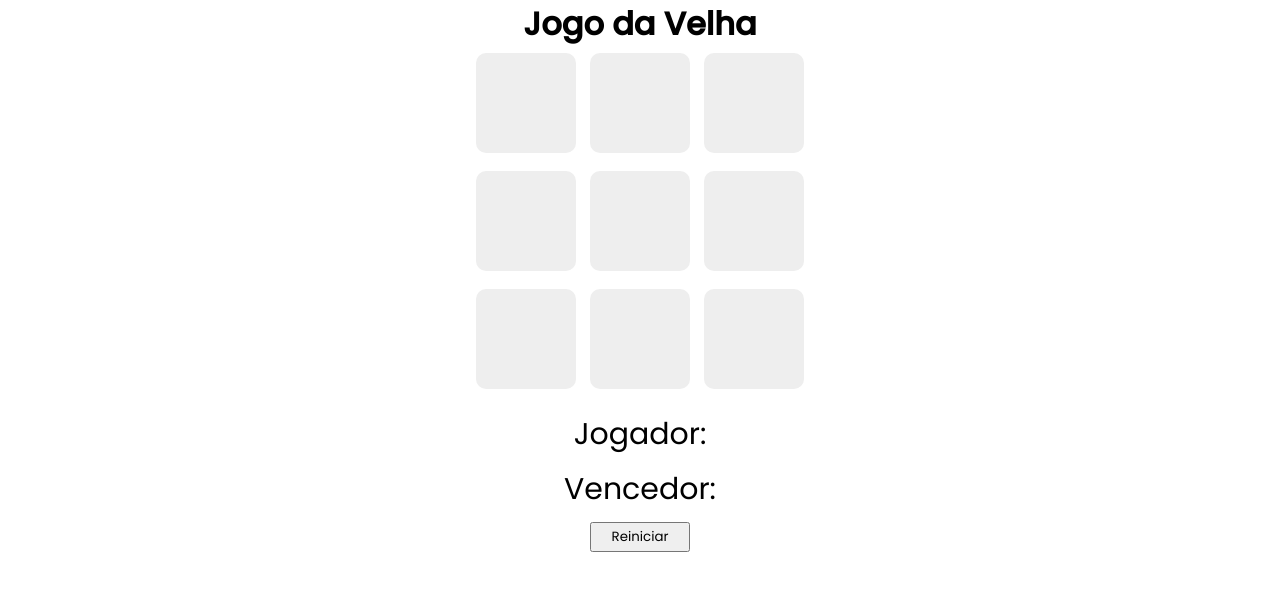
Repository: guilhermecardoso93/jogodavelha
Page: index.html
The author's editor kept a copy of each file at every save. The page is drawn from the files as they stood at one save, then again after the next save.
The browser window is 1280 px wide. The pictures show the whole page.

Above is the page before, as saved 2023-05-31 21:42:19.

After the next save:
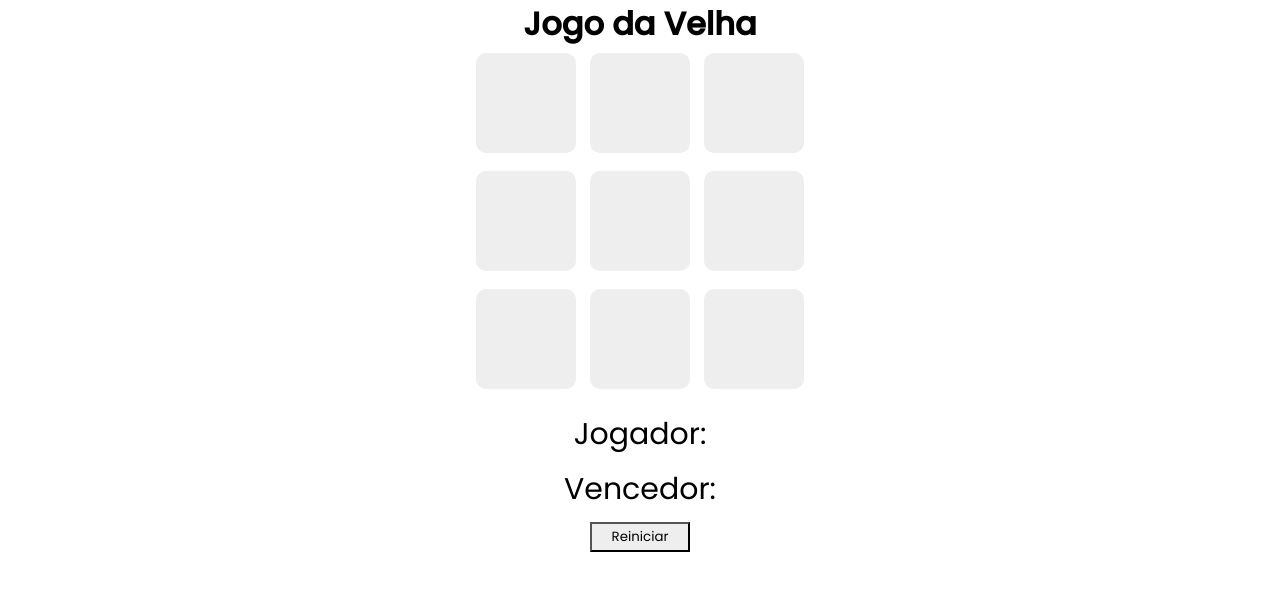
Saved 9 s later.
--- a/styles.css
+++ b/styles.css
@@ -35,4 +35,5 @@ button {
   width: 100px;
   height: 30px;
   margin-top: 10px;
+  background-color: #eee;
 }
